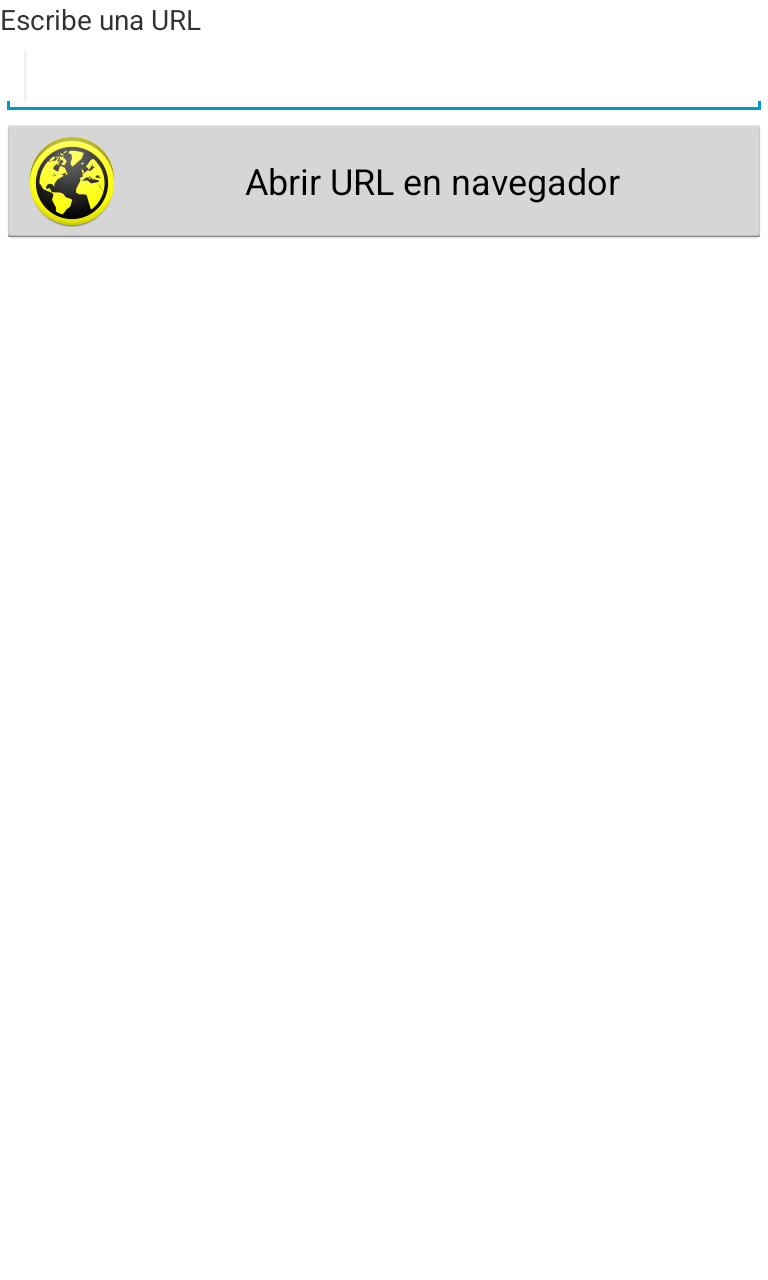
Repository: miguelcamposdev/cursoandroid
Layout: 01 Activities/MyCustomBrowser/res/layout/activity_prueba_url.xml
The author's editor kept a copy of each file at every save. The layout is drawn from the files as they stood at one save, then again after the next save.
It is drawn on a 768 x 1280 px phone screen (xhdpi) without system bars, with theme AppTheme; the app's code is not run.

Above is the layout before, as saved 2014-11-12 16:08:33.

After the next save:
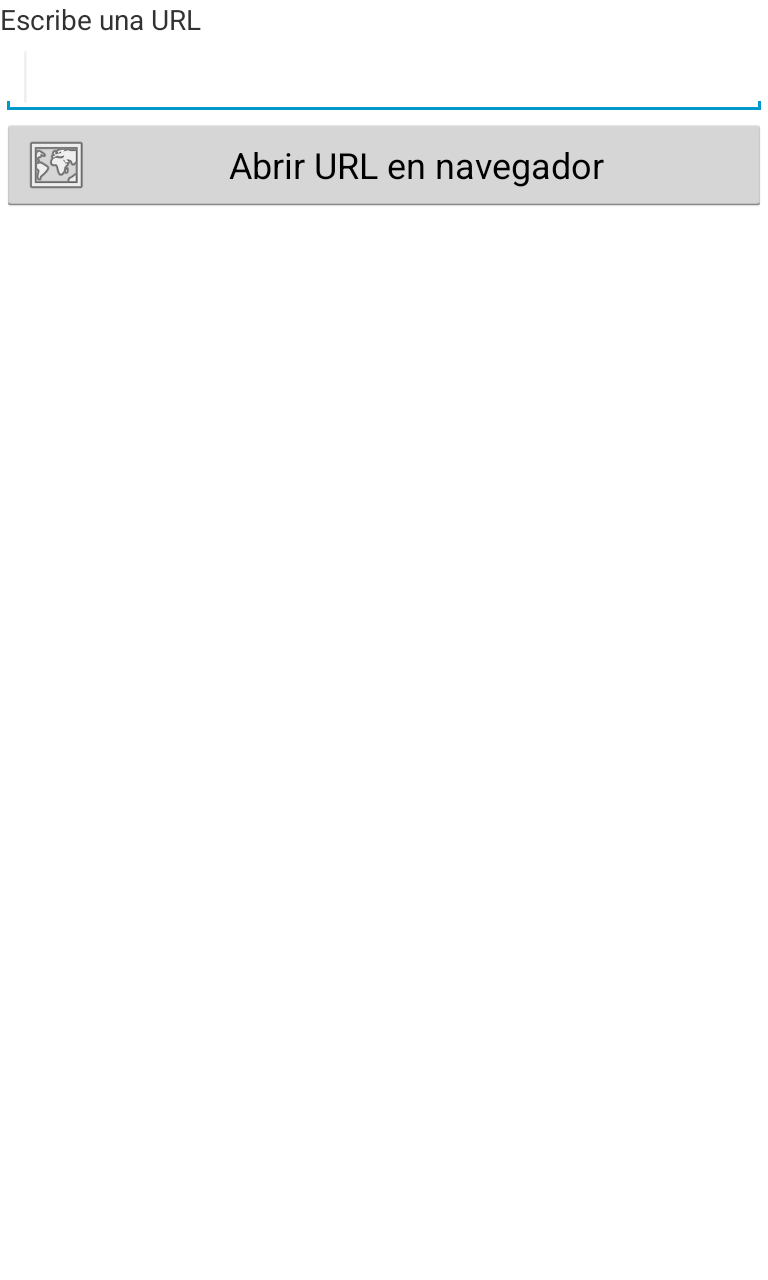
Saved 58 s later.
--- a/01 Activities/MyCustomBrowser/res/layout/activity_prueba_url.xml
+++ b/01 Activities/MyCustomBrowser/res/layout/activity_prueba_url.xml
@@ -27,7 +27,7 @@
         android:layout_width="match_parent"
         android:layout_height="wrap_content"
         android:gravity="center"
-        android:drawableLeft="@drawable/ic_launcher"
+        android:drawableLeft="@android:drawable/ic_menu_mapmode"
         android:layout_alignParentLeft="true"
         android:layout_below="@+id/editTextUrl"
         android:text="@string/btn_open_url" />
